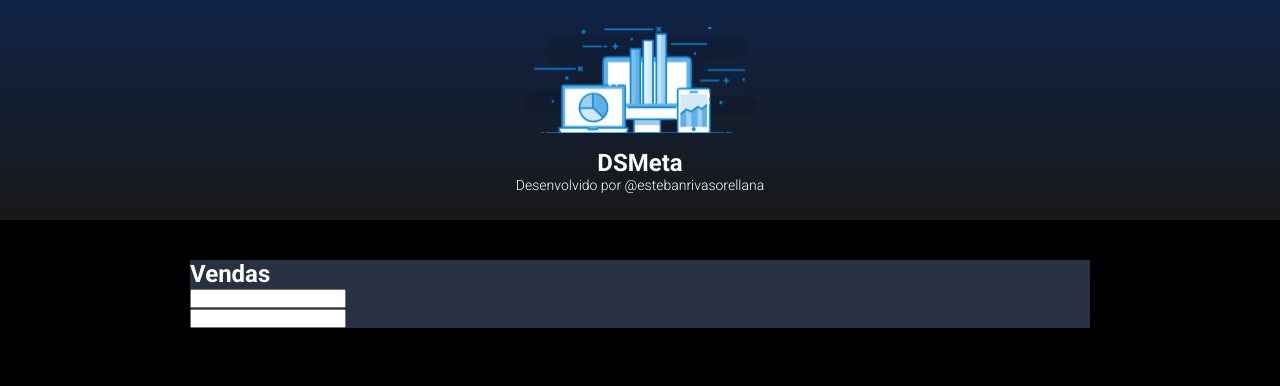
Repository: estebanrivas/dsmeta-css
Page: index.html
An editor plug-in stored every save of this project. The page is shown before and after the next save, followed by the edit.
The browser window is 1280 px wide. The pictures show the whole page.

Above is the page before, as saved 2022-09-08 21:34:38.

### index.html
<!DOCTYPE html>
<html lang="en">

<head>
    <meta charset="UTF-8">
    <meta http-equiv="X-UA-Compatible" content="IE=edge">
    <meta name="viewport" content="width=device-width, initial-scale=1.0">
    <title>DSMeta</title>

    <link rel="stylesheet" href="css/styles.css">
</head>

<body>
    <header>
        <div class="dsmeta-logo-container">
            <img src="images/logo.svg" alt="DSMeta">
            <h1>DSMeta</h1>
            <p>Desenvolvido por
                <a href="https://www.instagram.com/estebanrivasorellana/">@estebanrivasorellana</a>
            </p>
        </div>
    </header>

    <main>
        <section id="sales">
            <div class="dsmeta-container">
                <div class="dsmeta-card">
                    <h2>Vendas</h2>

                    <div>
                        <div>
                            <input type="text">
                        </div>
                        <div>
                            <input type="text">
                        </div>
                    </div>

                    <div>
                        <table>

                        </table>
                    </div>
                </div>
            </div>
        </section>
    </main>


</body>

</html>

### css/styles.css
@import url("https://fonts.googleapis.com/css2?family=Roboto:wght@300;400;700&display=swap");

* {
  font-family: "Roboto", sans-serif;
  box-sizing: border-box;
  margin: 0;
  padding: 0;
}

body,
html {
  background-color: #000;
  color: #fff;
}

a,
a:hover,
a:visited {
  color: unset;
  text-decoration: none;
}

header {
  height: 220px;
  background: linear-gradient(180deg, #102347 0%, #181818 100%);
  display: flex;
  align-items: center;
  justify-content: center;
}

.dsmeta-logo-container {
  display: flex;
  flex-direction: column;
  align-items: center;
}

.dsmeta-logo-container img {
  width: 235px;
}

.dsmeta-logo-container h1 {
  padding-top: 15px;
  font-size: 24px;
}

.dsmeta-logo-container p {
  font-size: 14px;
  font-weight: 300;
}

#sales {
  padding: 40px 10px;
}

.dsmeta-container {
  width: 100%;
  max-width: 900px;
  margin: 0 auto;
}

.dsmeta-card {
  background-color: #283142;
}

After the next save:
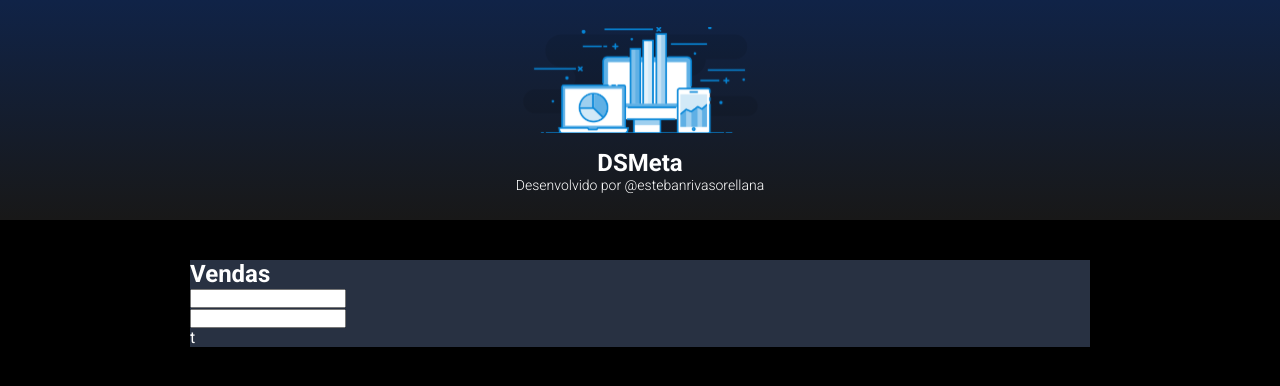
Saved 16 s later.
--- a/index.html
+++ b/index.html
@@ -38,7 +38,7 @@
 
                     <div>
                         <table>
-
+                            t
                         </table>
                     </div>
                 </div>

After the 2 saves that followed:
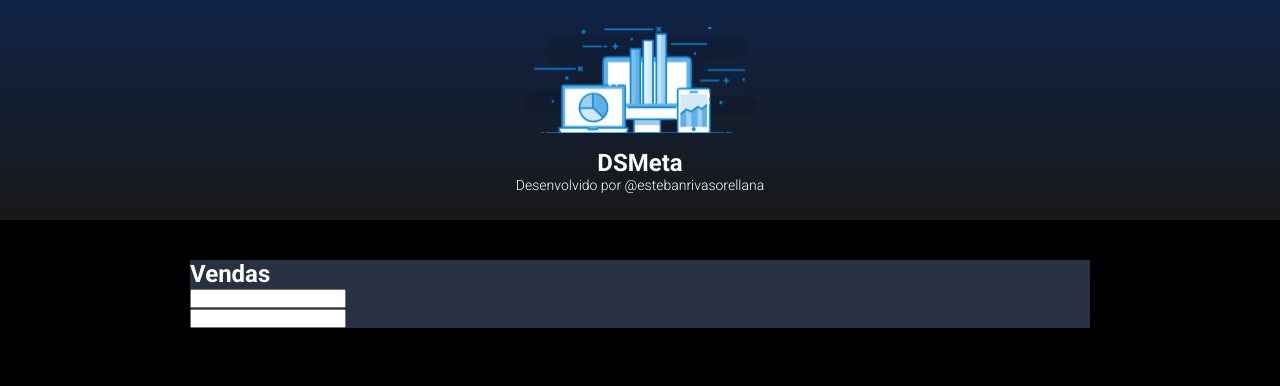
The 2 saves are shown as one change because they came seconds apart.
The last was saved 17 s later.
--- a/index.html
+++ b/index.html
@@ -38,7 +38,7 @@
 
                     <div>
                         <table>
-                            t
+                            <thead></thead>
                         </table>
                     </div>
                 </div>
